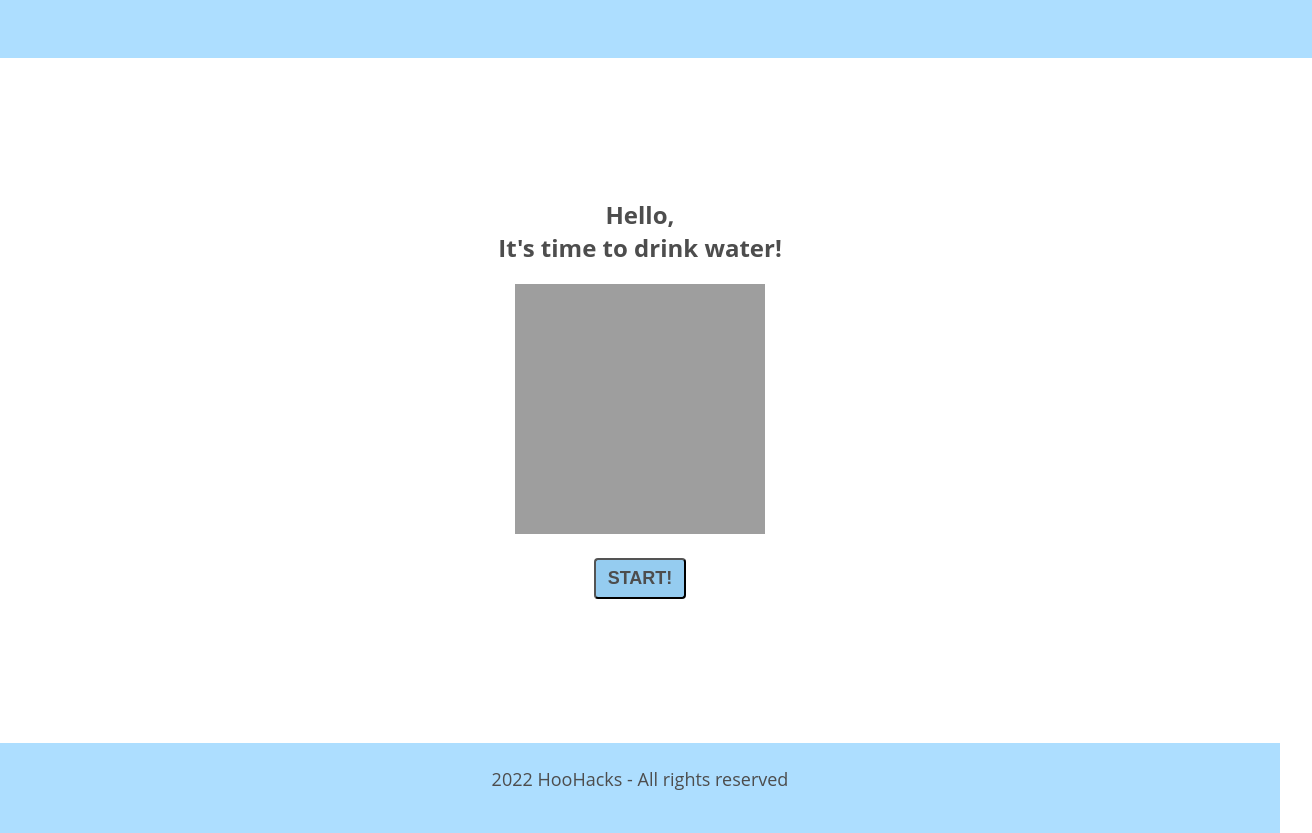
Repository: jennyjjung/H2ODaily
Page: index.html
These files come from the project's save history. The page is drawn as it stood at one moment and after the next save; the edit follows.
The browser window is 1280 px wide. The page is 1312 px wide, so the pictures cover 1312 px, including what lies to the right of the window. The pictures show the whole page.
Pictures or frames that could not be fetched are drawn as grey boxes.

Above is the page before, as saved 2022-03-26 15:03:51.

### index.html
<!DOCTYPE html>
<html lang="en">
<head>
  <meta charset="UTF-8">
  <meta http-equiv="X-UA-Compatible" content="IE=edge">
  <meta name="viewport" content="width=device-width, initial-scale=1.0">
  <title>H2O Daily</title>
  <link rel="stylesheet" href="style.css" />
  <script src="main.js" defer></script>
</head>
<body>

  <nav id="navbar">
    <div class="navbar__container"></div>
  </nav>

  <section id="home">
    <div class= "home__container">
      <h1 class="home__title">Hello, <br>It's time to drink water! </h1>
      <img src="images/krusty_krab.png" alt="H2ODaily Logo" class="home__logo">
      <button class="btn__home">START!</button>
    </div>
  </section>

  <section id="bottom">
    <div class= "bottom__container">
      <p class="bottom__rights">2022 HooHacks - All rights reserved</p>
    </div>
  </section>

</body>
</html>

### style.css
/* Global */
:root {
  /* Color */
  --color-white: #ffffff;
  --color-dark-grey: #4d4d4d;
  --color-blue: #addeff;
  --color-dark-blue: #95ccf0;

  /* Font weight */
  --weight-bold: 700;
  --weight-semi-bold: 600;
  --weight-regular: 400;

  /* Font Size */
  --font-large: 48px;
  --font-medium: 28px;
  --font-regular: 18px;
  --font-small: 16px;
  --font-micro: 14px;

  /* Size */
  --size-border-radius: 4px;
}

body {
  margin: 0;
  font-family: "Open Sans", sans-serif;
  cursor: default;
}

p {
  font-size: var(--font-regular);
  font-weight: var(--weight-regular);
  color: var(--color-dark-grey);
  margin: 4px 0;
}

/* Navbar */
#navbar {
  width: 100%;
  height: 26px;
  background-color: var(--color-blue);
  padding: 16px;
}

/* Home */
#home {
  padding: 120px 40px;
  text-align: center;
}

.home__title {
  color: var(--color-dark-grey);
}

.home__container {
  display: flex;
  flex-direction: column;
  align-items: center;
}

.home__logo {
  width: 250px;
  height: 250px;
}

.btn__home {
  color: var(--color-dark-grey);
  background-color: var(--color-dark-blue);
  font-size: var(--font-regular);
  font-weight: var(--weight-bold);
  margin: 24px;
  padding: 8px 12px;
  border-radius: var(--size-border-radius);
}

.btn__home:hover {
  background-color: var(--color-dark-grey);
}

#bottom {
  background-color: var(--color-blue);
  padding: 20px;
  text-align: center;
  height: 50px;
}

Loaded but not shown: main.js (no copy from this time; the picture is the same without it)

After the next save:
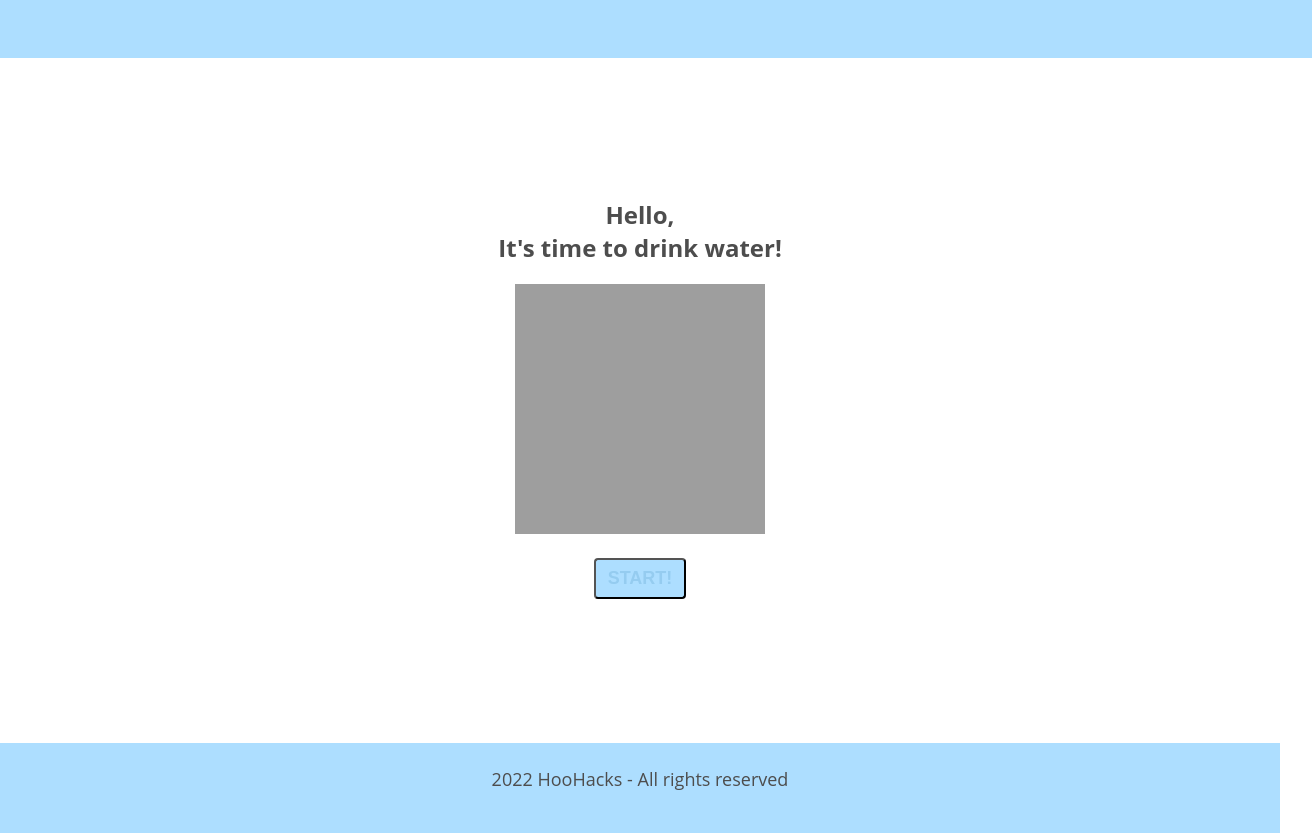
Saved 8 s later.
--- a/style.css
+++ b/style.css
@@ -65,8 +65,8 @@ p {
 }
 
 .btn__home {
-  color: var(--color-dark-grey);
-  background-color: var(--color-dark-blue);
+  color: var(--color-dark-blue);
+  background-color: var(--color-blue);
   font-size: var(--font-regular);
   font-weight: var(--weight-bold);
   margin: 24px;
